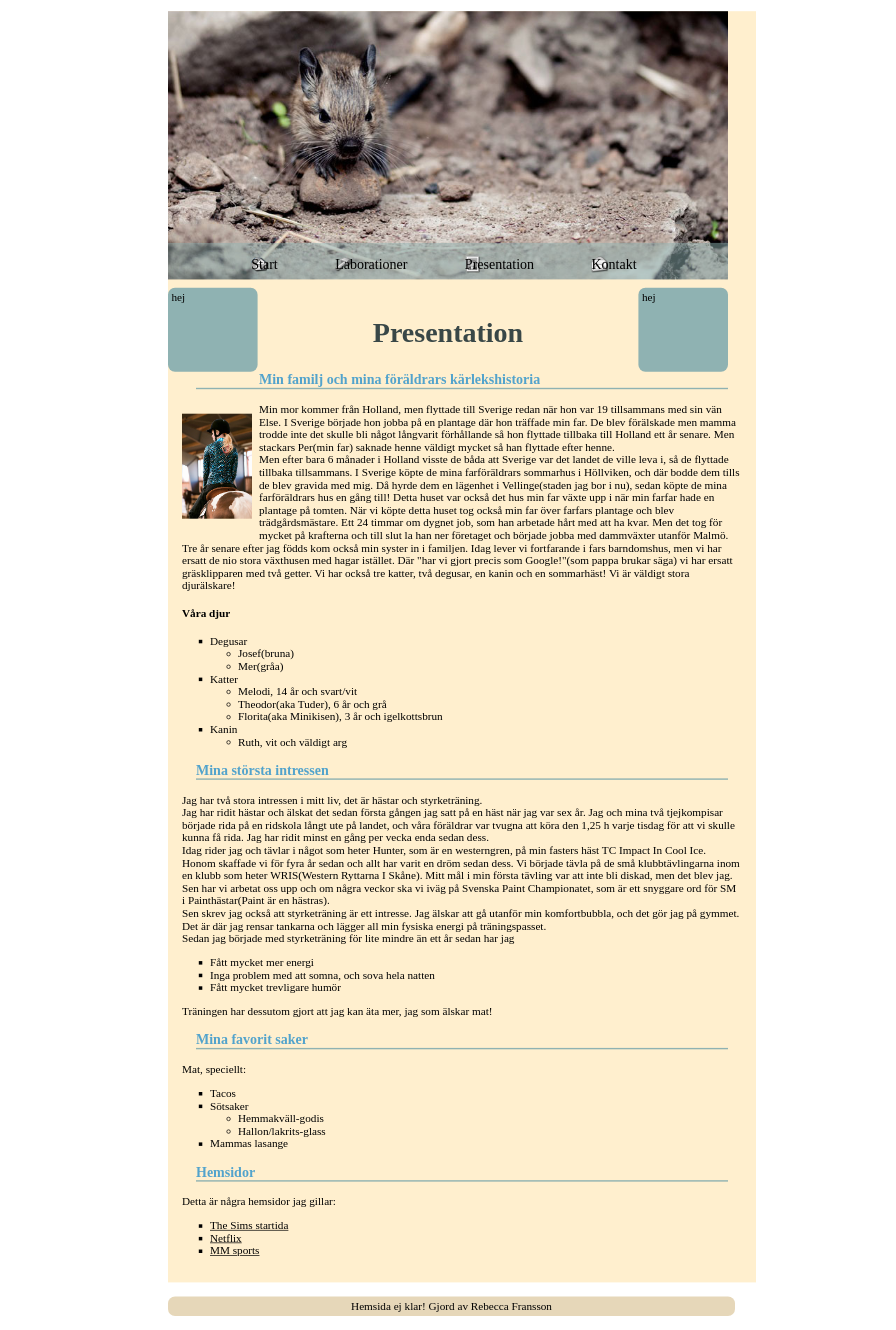
Repository: RebeccaFransson/Interfacedevelopment-1IK415
Page: pages/presentation.html
The author's editor kept a record of every edit. The page is drawn from the files as they stood at one moment, then again after the next edit.
The browser window is 1280 px wide. The pictures show the whole page, at 70% of full size.

Above is the page before.

### pages/presentation.html
<!DOCTYPE html>
<html>
<head>
    <meta namne="viewport" content="width=device-width, initial-scale=1.0" />
    <title>Presentation</title>
    <link rel="stylesheet" href="css/style.css" />
    <link rel="stylesheet" media="screen and (max-width:800px)" href="css/min-style.css" />
</head>
    <body>

    <div id="header">
        <p><img src="../Pictures/header.jpg" width="800" height="383" alt=""></p>
    </div>

    <div id="meny">
            <ul>
                <li><a id="start" class="meny-start" href="../index.html">Start</a> </li>  <!-- ../ gör att jag kommer ut till mappen ovan.-->
                <li><a id="lab" class="meny-lab" href="laborationer.html">Laborationer</a> </li>
                <li><div class="active"><a id="pres" class="meny-pres"  href="presentation.html">Presentation</a></div> </li>
                <li><a id="kont" class="meny-kont" href="kontakt.html">Kontakt</a> </li>
            </ul>
    </div>

    <div class="left pic">
     hej
    </div>
    <div class="right pic">
     hej
    </div>



    <div id="content">

        <h2>Presentation</h2>

        <a id="Bild_pa_mig"></a>
            <p class="bildpamig"><img src="../Pictures/Jag.jpg" width="100" height="150" alt=""></p>
        <h3>Min familj och mina föräldrars kärlekshistoria</h3>
            <p class="info">
            Min mor kommer från Holland, men flyttade till Sverige redan när
            hon var 19 tillsammans med sin vän Else.
            I Sverige började hon jobba på en plantage där hon träffade min far.
            De blev förälskade men mamma trodde inte det skulle bli något långvarit förhållande
            så hon flyttade tillbaka till Holland ett år senare. Men stackars Per(min far) saknade
            henne väldigt mycket så han flyttade efter henne.
            <br>Men efter bara 6 månader i Holland visste de båda att Sverige var det landet
            de ville leva i, så de flyttade tillbaka tillsammans.
            I Sverige köpte de mina farföräldrars sommarhus i Höllviken, och där bodde dem tills de
            blev gravida med mig. Då hyrde dem en lägenhet i Vellinge(staden jag bor i nu), sedan
            köpte de mina farföräldrars hus en gång till! Detta huset var också det hus min far
            växte upp i när min farfar hade en plantage på tomten. När vi köpte detta huset tog
            också min far över farfars plantage och blev trädgårdsmästare. Ett 24 timmar om dygnet job,
            som han arbetade hårt med att ha kvar. Men det tog för mycket på krafterna och till slut
            la han ner företaget och började jobba med dammväxter utanför Malmö.
            <br>Tre år senare efter jag födds kom också min syster in i familjen.
            Idag lever vi fortfarande i fars barndomshus, men vi har ersatt de nio stora växthusen
            med hagar istället. Där "har vi gjort precis som Google!"(som pappa brukar säga) vi
            har ersatt gräsklipparen med två getter. Vi har också tre katter, två degusar,
            en kanin och en sommarhäst! Vi är väldigt stora djurälskare!</p>

            <h4>Våra djur</h4>
        <ul style="list-style-type:square"> <!-- Här är en lista i en lista. -->
            <li>Degusar
                <ul>
                  <li>Josef(bruna)</li>
                  <li>Mer(gråa)</li>
                </ul>
            </li>
            <li>Katter
                <ul>
                  <li>Melodi, 14 år och svart/vit</li>
                  <li>Theodor(aka Tuder), 6 år och grå</li>
                  <li>Florita(aka Minikisen), 3 år och igelkottsbrun</li>
                </ul>
            </li>
            <li>Kanin
                <ul>
                  <li>Ruth, vit och väldigt arg</li>
                </ul>
            </li>
           </ul>


                <h3>Mina största intressen</h3>
                <p>
                Jag har två stora intressen i mitt liv, det är hästar och styrketräning.
                <br>Jag har ridit hästar och älskat det sedan första gången jag satt
                på en häst när jag var sex år. Jag och mina två tjejkompisar började
                rida på en ridskola långt ute på landet, och våra föräldrar var tvugna
                att köra den 1,25 h varje tisdag för att vi skulle kunna få rida.
                Jag har ridit minst en gång per vecka enda sedan dess.
                <br>Idag rider jag och tävlar i något som heter Hunter, som är en
                westerngren, på min fasters häst TC Impact In Cool Ice. Honom
                skaffade vi för fyra år sedan och allt har varit en dröm sedan dess.
                Vi började tävla på de små klubbtävlingarna inom en klubb som
                heter WRIS(Western Ryttarna I Skåne). Mitt mål i min första tävling
                var att inte bli diskad, men det blev jag. Sen har vi arbetat oss
                upp och om några veckor ska vi iväg på Svenska Paint Championatet,
                som är ett snyggare ord för SM i Painthästar(Paint är en hästras).
                <br>Sen skrev jag också att styrketräning är ett intresse. Jag
                älskar att gå utanför min komfortbubbla, och det gör jag på gymmet.
                Det är där jag rensar tankarna och lägger all min fysiska energi
                på träningspasset.
                <br>Sedan jag började med styrketräning för
                lite mindre än ett år sedan har jag
                </p>
                    <ul style="list-style-type:square">
                      <li>Fått mycket mer energi</li>
                      <li>Inga problem med att somna, och sova hela natten</li>
                      <li>Fått mycket trevligare humör</li>
                    </ul>
            <p>
                Träningen har dessutom gjort att jag kan äta mer, jag som älskar mat!
            </p>




        <h3>Mina favorit saker</h3>
            <p>Mat, speciellt:
              <ul style="list-style-type:square">
                    <li>Tacos</li>
                    <li>Sötsaker
                <ul>
                    <li>Hemmakväll-godis</li>
                    <li>Hallon/lakrits-glass</li>
                </ul>
                    </li>

                  <li>Mammas lasange</li>
                </ul>

        <h3>Hemsidor</h3>
            <p>Detta är några hemsidor jag gillar:</p>       <!--Externa länkar-->
                <ul style="list-style-type:square">
                <li><a href="https://www.thesims.com/sv_SE/">The Sims startida</a></li>
                <li><a href="http://www.netflix.com/WiHome">Netflix</a></li>
                <li><a href="http://www.mmsports.se/home.php">MM sports</a></li>
                </ul>

    </div>


    <div id="footer">
            Hemsida ej klar! Gjord av Rebecca Fransson
    </div>

    </body>
</html>

### css/style.css
body {

    width: 800px;
    margin:auto;

}

/*Här är min Header */
#header {

    background-color: #CCFFFF;
    height: auto;

}

#header img{
    float:left;
}

/*Här är min meny och länkarna */

#meny {
    background-color: RGBA(143, 178, 178, 0.5 );
    float: left;
    width: 800px;
    height:52px;
    position:relative;
    bottom:52px;
}


#meny li {
    margin-left:55px;
    list-style: none;
    float:left;


}
#meny a {
    padding:3px;
    text-decoration:none;
    font-size: 20px;
    padding-left:24px;

}
a:link {
    color: black;
}

a:visited {
    color: black;
}

a:hover {
    -webkit-border-radius: 10px;
    -moz-border-radius: 10px;
    border-radius: 10px;
    background-color: RGBA(255, 239, 206, 0.5 );

}

.active {
    -webkit-border-radius: 10px;
    -moz-border-radius: 10px;
    border-radius: 10px;
    background-color: RGBA(255, 239, 206, 0.5 );
}

/*Här är min Content med text */
#content{

    background-color:#FFEFCE;
    width: 800px;
    padding:20px;
    height:auto;

}
#content h2 {
    text-align:center;
    font-size:40px;
    color: #394747;
}

#content h3 {
    color: #52A3CC;
    font-size:20px;
    margin-left: 20px;
    margin-right: 20px;
    border-bottom: 2px solid #8FB2B2;

}

table {
    margin:auto;
}

.bildpamig{
    float:left;
    margin-top:60px;
    margin-right:10px;

}

.media{
    float:right;
}

.inlagg{
    margin-bottom:100px;
}

img p #content {
    float:none;
}

.signatur{
    float: right;
    font-style:oblique;
}


.pic{
    Background-color: #8FB2B2;
    width: 118px;
    height:110px;
    margin-top:-40px;
    -webkit-border-radius: 10px;
    -moz-border-radius: 10px;
    border-radius: 10px;
    padding: 5px;
}
.right{
    float:right;
}

.left{
    float:left;
}

#footer {

    Background-color: #E6D7B9;
    height:auto;
    width:800px;
    margin: 20px auto;
    text-align:center;
    -webkit-border-radius: 10px;
    -moz-border-radius: 10px;
    border-radius: 10px;
    padding: 5px;

}

/* Här kommer formulärets Css*/
.form {
    text-align:left;
    width: 50%;
    margin:auto;
}
.form fieldset {

}
#content legend {
    font-size: 20px;
}

.meny-start{
    height:20px;
    display:block;
    background-image: url('Pictures/sprite.png');
    background-repeat:no-repeat;
    background-origin:content-box;

}
#start{
    background-position: 0 -48px;


}
#start:hover{
    background-position: 0 0;
}



.meny-lab{
    height:20px;
    display:block;
    background-image: url('Pictures/sprite.png');
    background-repeat:no-repeat;
    background-origin:content-box;
}

#lab{
    background-position: 0 -144px;
}
#lab:hover{
    background-position: 0 -96px;
}


.meny-pres{
    height:20px;
    display:block;
    background-image: url('Pictures/sprite.png');
    float:left;
    background-repeat:no-repeat;
    background-origin:content-box;
}
#pres{
    background-position: 0 -240px;
}
#pres:hover{
    background-position: 0 -192px;
}

.meny-kont{
    height:20px;
    display:block;
    background-image: url('Pictures/sprite.png');
    float:left;
    background-repeat:no-repeat;
    background-origin:content-box;
}
#kont{
    background-position: 0 -336px;
}
#kont:hover{
    background-position: 0 -288px;
}

/*Mina bakgrundsfärger:
Header:#CCFFFF
Content:#FFEFCE
Footer:#E6D7B9
*/

@media print{
    #meny{
        display:none;
    }

    .pic{
        display:none;
    }
    #header {
        display:none;
    }
    #content {
        width:100%;
    }
    body {
        float:left;
    }

    #footer{
        display:none;
    }
    a:after{
        content: " ["attr(href) "]";
    }
}

### css/min-style.css
    body{
        max-width:100%;

    }
    #header{
        max-width:100%;
    }

    img, video {
        max-width:100%;
    }
    #lista{
        padding:0;
    }

    #meny{
        max-width:100%;
        height: auto;
        position:relative;
        bottom:52px;
    }

    #meny li {
        margin-left:55px;
        height: auto;
        margin-bottom:14px;
    }
    #meny a {
    font-size: 20px;
    margin-bottom:2px;
    }

    #content{
        padding-top:150px;
        max-width:100%;
        margin-left:0;
        width: auto;
    }

    #content h2 {
    margin-top:0;
    }

    #content h3 {

    font-size:18px;
    }



    #footer{
        max-width:100%;
    }

After the next edit:
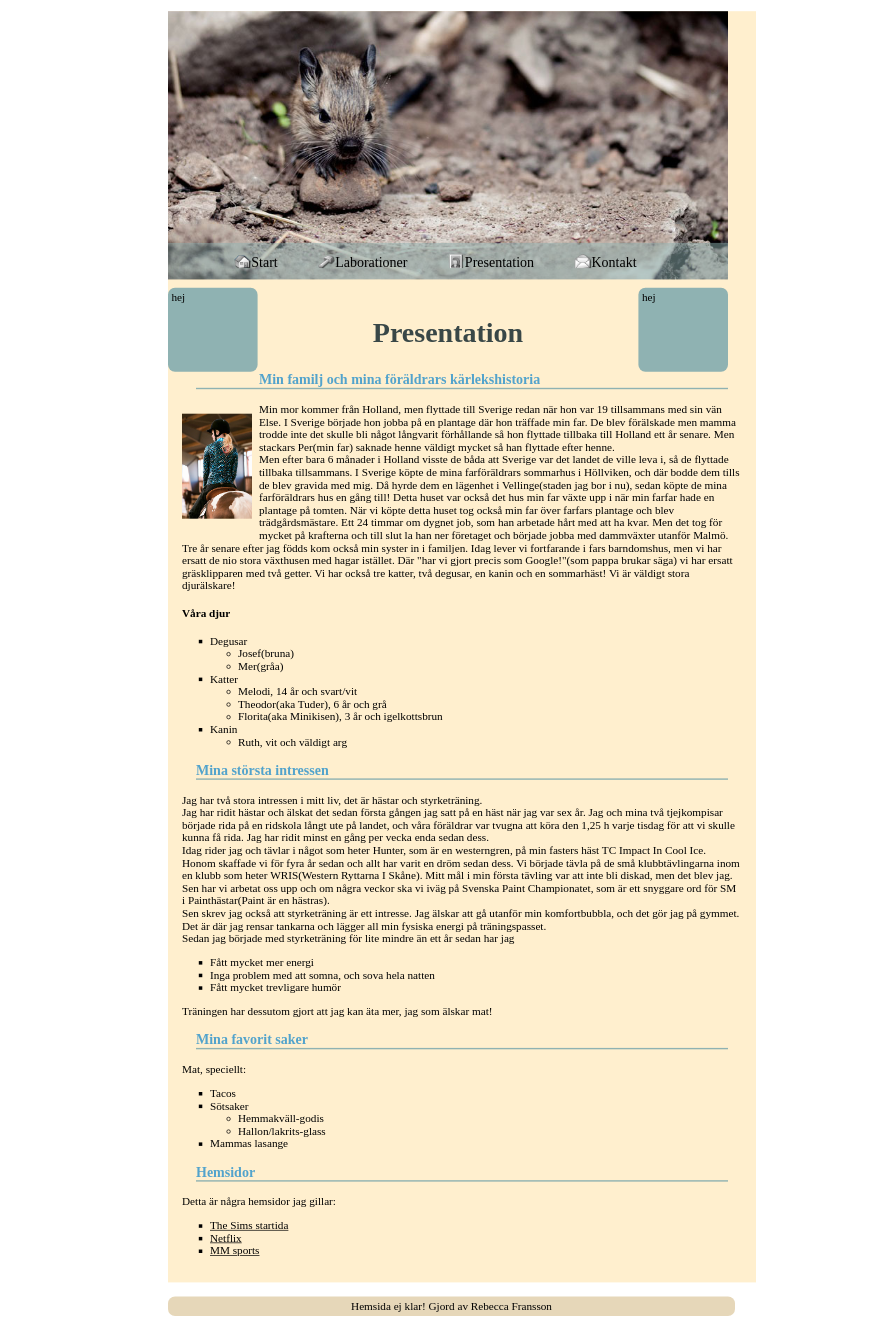
The edit:
--- a/pages/presentation.html
+++ b/pages/presentation.html
@@ -13,11 +13,11 @@
     </div>
 
     <div id="meny">
-            <ul>
-                <li><a id="start" class="meny-start" href="../index.html">Start</a> </li>  <!-- ../ gör att jag kommer ut till mappen ovan.-->
-                <li><a id="lab" class="meny-lab" href="laborationer.html">Laborationer</a> </li>
-                <li><div class="active"><a id="pres" class="meny-pres"  href="presentation.html">Presentation</a></div> </li>
-                <li><a id="kont" class="meny-kont" href="kontakt.html">Kontakt</a> </li>
+            <ul id="lista">
+                <li id="start" class="meny-start">  <a href="index.html">Start</a> </li>  <!-- ../ gör att jag kommer ut till mappen ovan.-->
+                <li id="lab" class="meny-lab">      <a href="pages/laborationer.html">Laborationer</a> </li>
+                <li id="pres" class="meny-pres" >   <a href="pages/presentation.html">Presentation</a> </li>
+                <li id="kont" class="meny-kont">    <a href="pages/kontakt.html">Kontakt</a> </li>
             </ul>
     </div>
 
